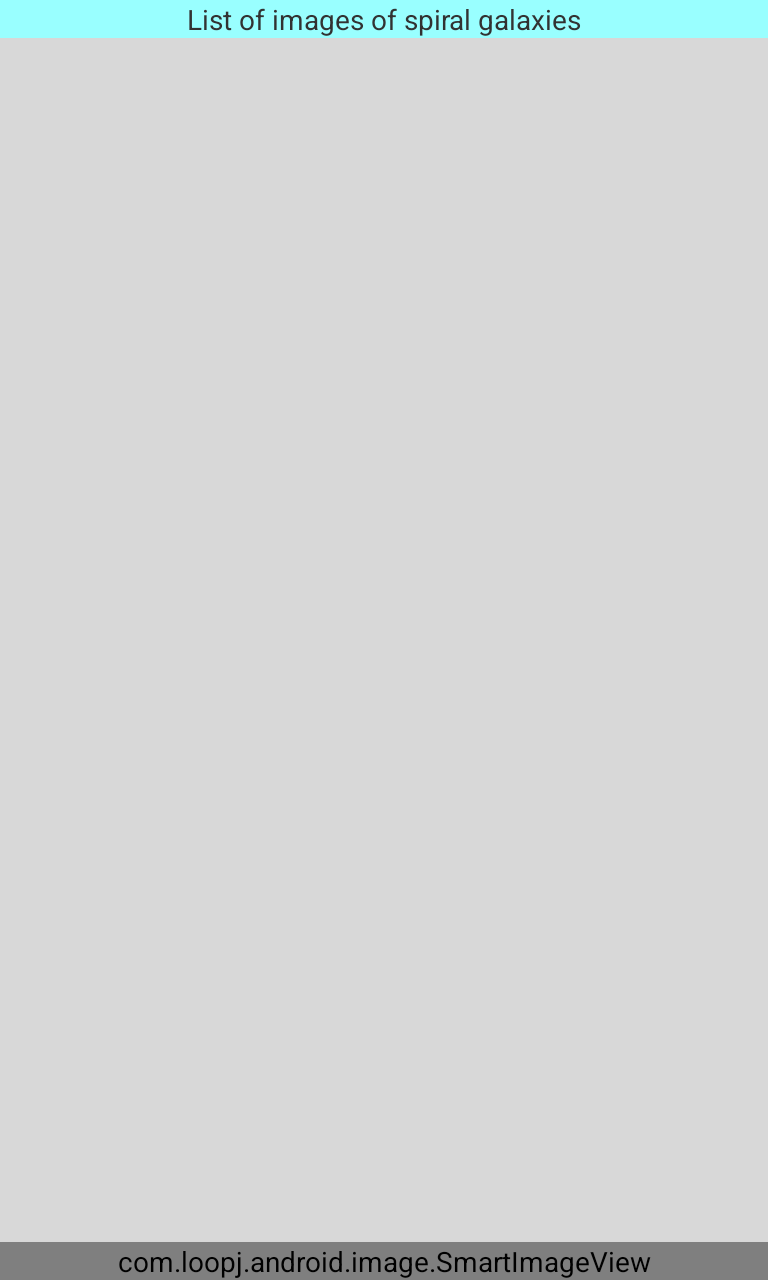
Repository: arianaantonio/Java2_Antonio
Layout: SpaceImageViewer/res/layout/activity_main.xml
These files come from the project's save history. The layout is drawn as it stood at one moment and after the next save; the edit follows.
Pictures or frames that could not be fetched are drawn as grey boxes. It is drawn on a 768 x 1280 px phone screen (xhdpi) without system bars, with theme AppTheme; the app's code is not run. Lists and similar views that code fills are empty.

Above is the layout before, as saved 2014-07-17 07:52:50.

### SpaceImageViewer/res/layout/activity_main.xml
<LinearLayout xmlns:android="http://schemas.android.com/apk/res/android"
    android:layout_width="fill_parent"
    android:layout_height="fill_parent"
    android:background="@color/Purple"
    android:orientation="vertical" >

    <TextView
        android:id="@+id/textView1"
        android:layout_width="match_parent"
        android:layout_height="wrap_content"
        android:layout_gravity="center"
        android:background="@color/Aqua"
        android:gravity="center"
        android:text="@string/textview_text" />

    <ListView
        android:id="@+id/listView1"
        android:layout_width="match_parent"
        android:layout_height="260dp"
        android:layout_weight="0.32"
        android:background="@color/Grey" />

    <com.loopj.android.image.SmartImageView
        android:id="@+id/my_image"
        android:layout_width="match_parent"
        android:layout_height="wrap_content"
        android:visibility="visible" />

</LinearLayout>

### SpaceImageViewer/res/values/strings.xml
<?xml version="1.0" encoding="utf-8"?>
<resources>

    <string name="app_name">Space Image Viewer</string>
    <string name="action_settings">Settings</string>
    <string name="textview_text">List of images of spiral galaxies</string>
    <string name="detail_view">Details:</string>
    <string name="Description">Image View</string>
    <color name="Purple">#7F00FF</color>
    <color name="Grey">#D8D8D8</color>
    <color name="Aqua">#99FFFF</color>
    <string name="userString">User:</string>
    <string name="cameraString">Camera:</string>
    <string name="HDbutton">View HD Image</string>
    <string name="detailactivity">Details Activity</string>
    <string name="favorite">Save As Favorite</string>


</resources>

Loaded but not shown: SpaceImageViewer/res/values/styles.xml (common file); SpaceImageViewer/res/values-v11/styles.xml (common file); SpaceImageViewer/res/values-v14/styles.xml (common file)

After the next save:
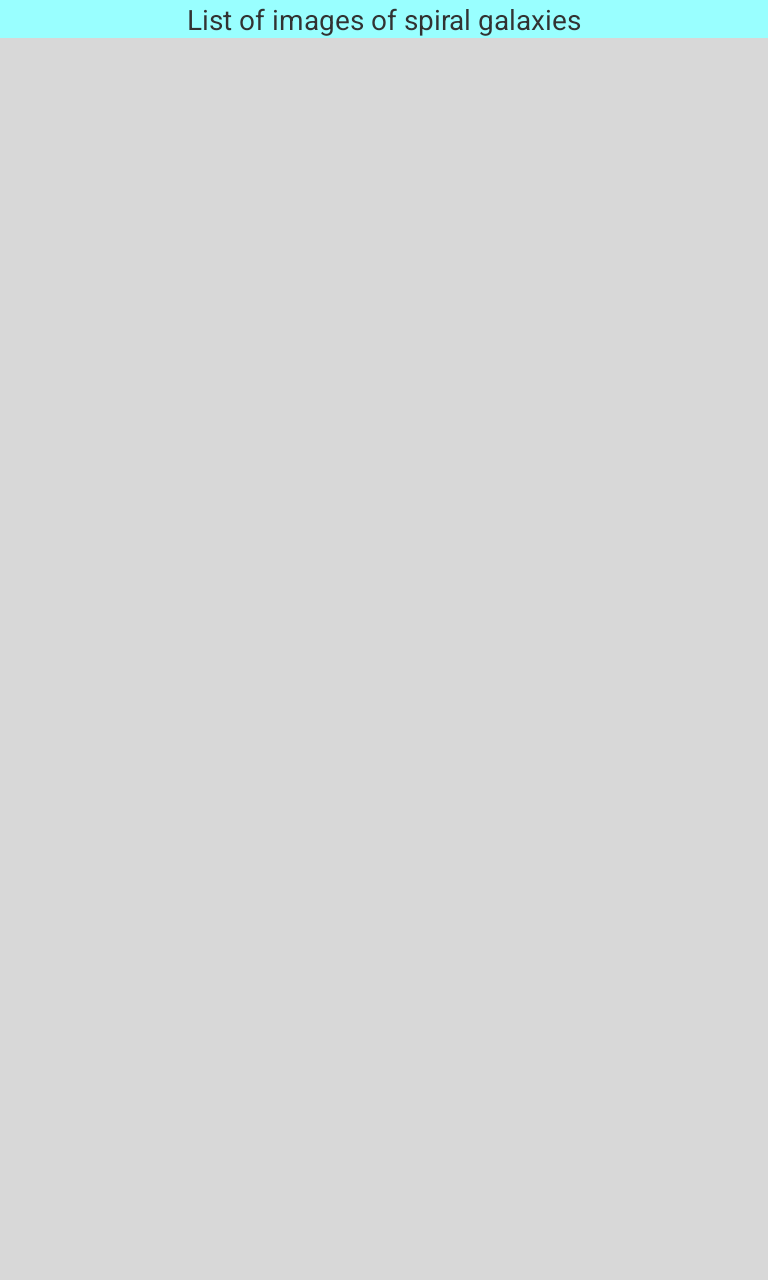
Saved 16 s later.
--- a/SpaceImageViewer/res/layout/activity_main.xml
+++ b/SpaceImageViewer/res/layout/activity_main.xml
@@ -19,11 +19,4 @@
         android:layout_height="260dp"
         android:layout_weight="0.32"
         android:background="@color/Grey" />
-
-    <com.loopj.android.image.SmartImageView
-        android:id="@+id/my_image"
-        android:layout_width="match_parent"
-        android:layout_height="wrap_content"
-        android:visibility="visible" />
-
 </LinearLayout>
